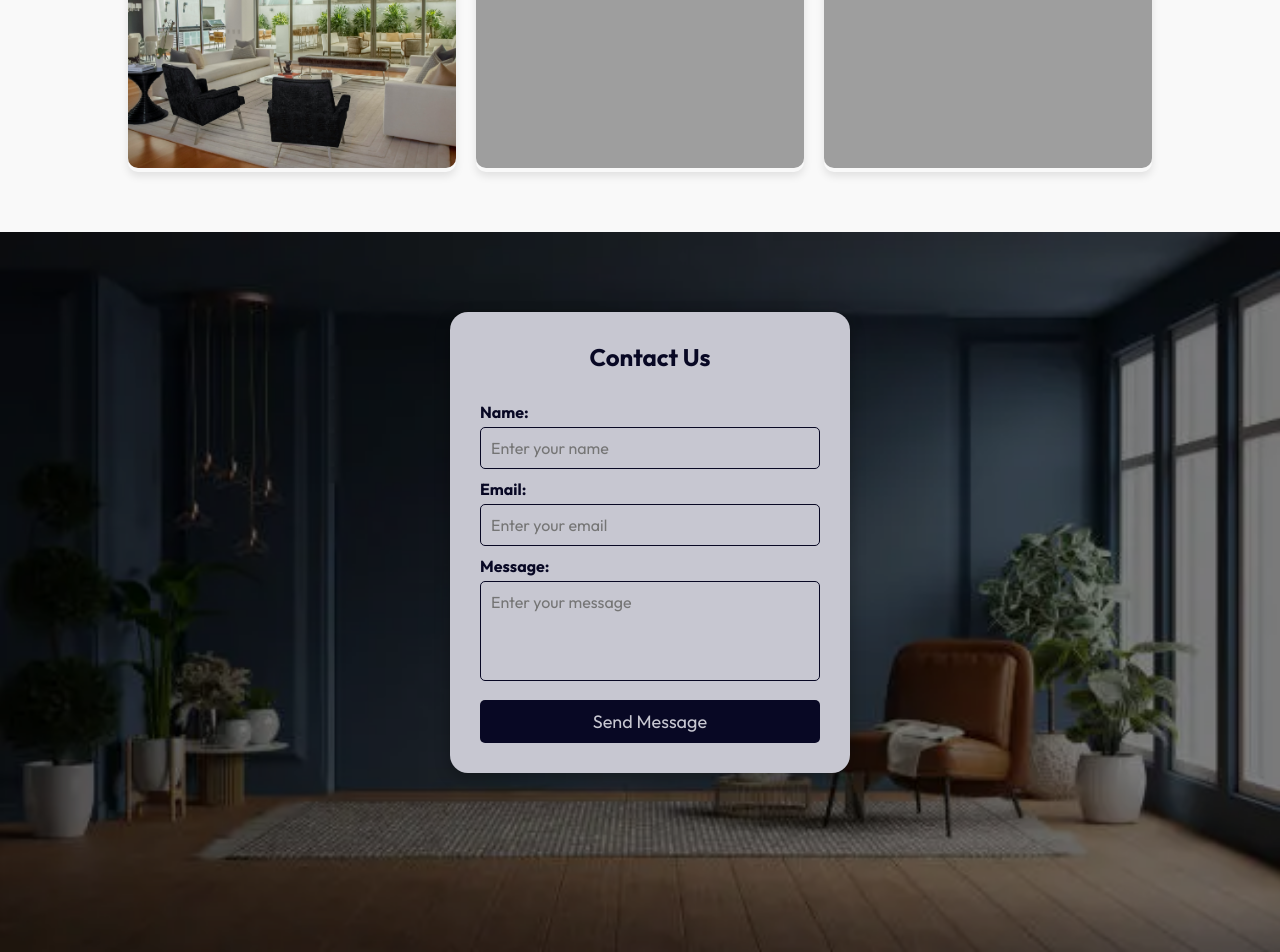
Repository: TechProjectss/Portfolio
Page: / (app in Merajweb/)
An editor plug-in stored every save of this project. The page is shown before and after the next save, followed by the edit.
The browser window is 1280 px wide. The pictures show the part of the page from y = 2747 to 3699 px (the page is 3699 px tall).
Pictures or frames that could not be fetched are drawn as grey boxes. The project was rebuilt for these pictures with package versions that can differ from the ones it lists, and the page was loaded fresh each time. Also part of the build but not shown: Merajweb/vite.config.js.

Above is the page before, as saved 2025-02-26 12:32:49.

After the next save:
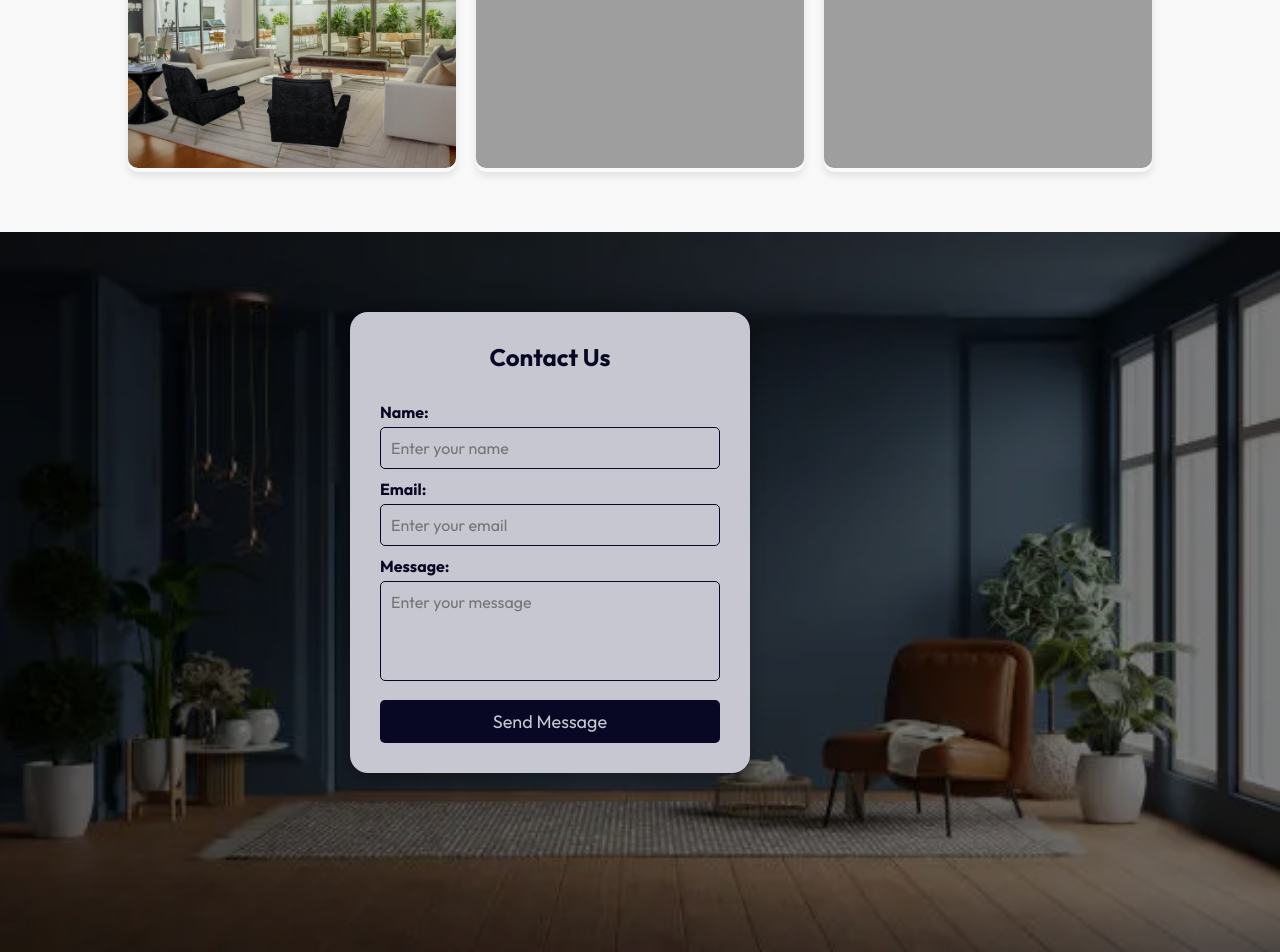
Saved 5 s later.
--- a/Merajweb/src/components/Contact/Contact.css
+++ b/Merajweb/src/components/Contact/Contact.css
@@ -28,7 +28,7 @@
     border-radius: 18px;
     position: relative;
     z-index: 2;
-    margin-left: 450px;
+    margin-left: 350px;
     margin-top: 80px;
     box-shadow: 0px 5px 15px rgba(0, 0, 0, 0.3);
     display: flex;
